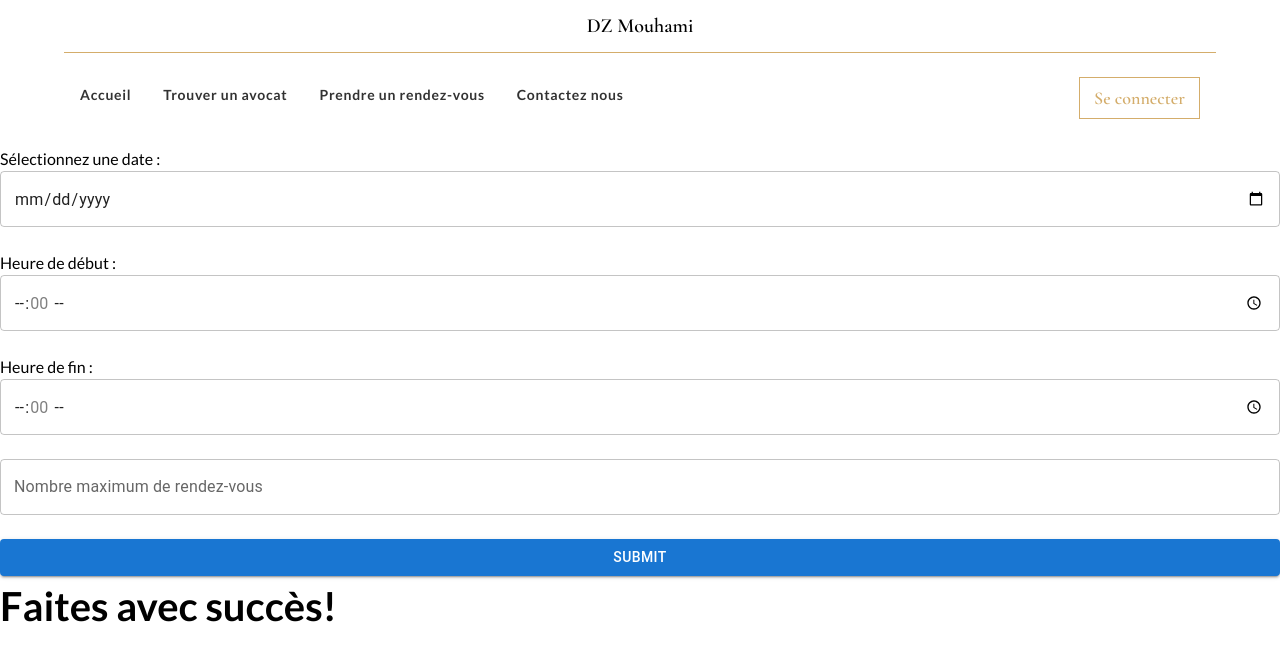
Repository: Chekrouba-Tinhinane/Mohami_dz
Page: /Available (app in client/)
An editor plug-in stored every save of this project. The page is shown before and after the next save, followed by the edit.
The browser window is 1280 px wide. The pictures show the whole page.
The page's requests for data from a server got no answer. The project was rebuilt for these pictures with package versions that can differ from the ones it lists, and the page was loaded fresh each time. No one was signed in, and anything a server would have sent is missing. Also part of the build but not shown: client/vite.config.js, client/src/components/super/Footer.jsx, client/src/LandingPage.jsx, client/src/SignIn.jsx, client/src/components/Selector.jsx, client/src/components/SearchContainer.jsx, client/src/components/LawyerCard.jsx, client/src/components/SearchBar.jsx and 13 more.

Above is the page before, as saved 2024-01-28 13:25:08.

After the next save:
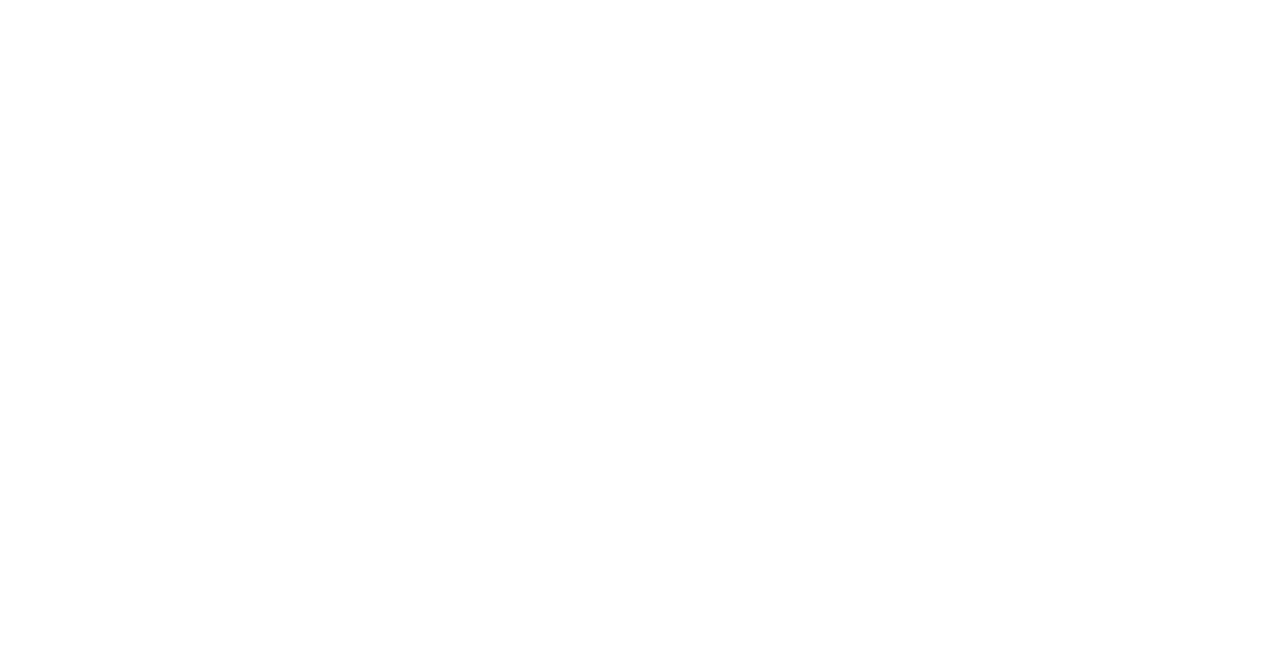
Console error: ReferenceError: Typography is not defined
Saved 4 s later.
--- a/client/src/AvailabilityForm.jsx
+++ b/client/src/AvailabilityForm.jsx
@@ -143,9 +143,9 @@ const AvailabilityForm = () => {
           </Button>
         </form>
         {showSuccessMessage && (
-          <h2 variant="body1" color="success">
+          <Typography variant="body1" color="success">
             Faites avec succès!
-          </h2>
+          </Typography>
         )}
       </Grid>
     </Grid>

After the 2 saves that followed:
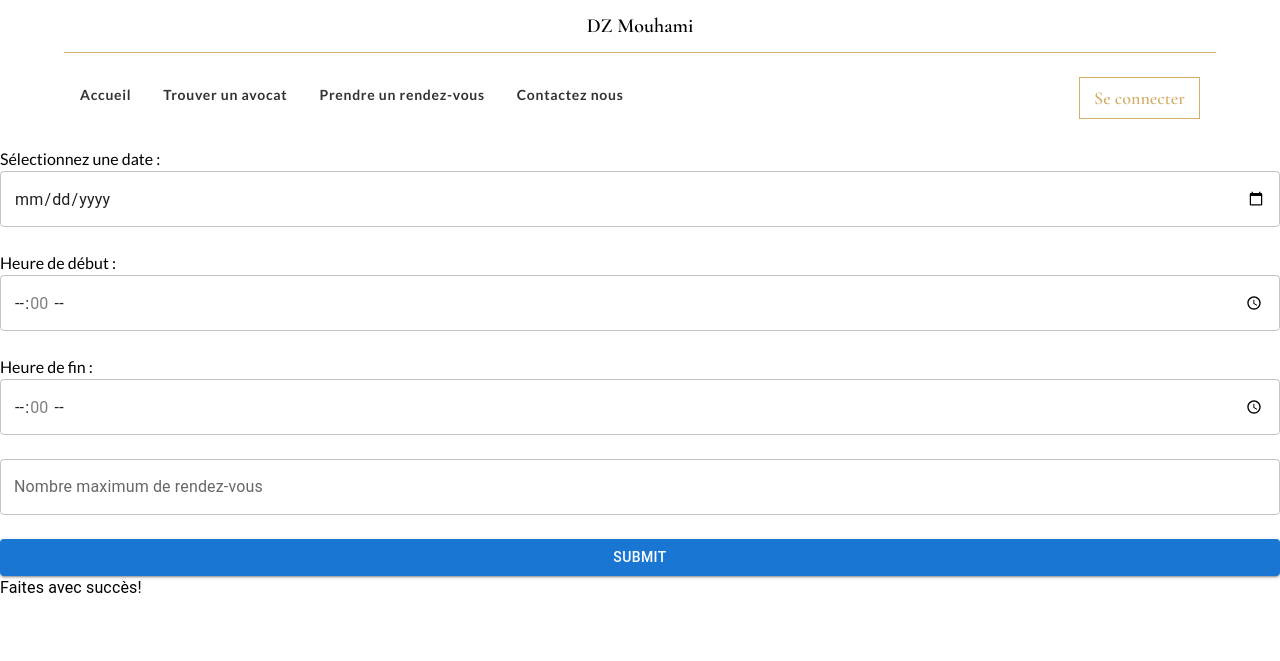
The error is gone.
The 2 saves are shown as one change because they came seconds apart.
The last was saved 14 s later.
--- a/client/src/AvailabilityForm.jsx
+++ b/client/src/AvailabilityForm.jsx
@@ -1,7 +1,7 @@
 import React, { useState } from "react";
 import { useFormik } from "formik";
 import axios from "axios";
-import { TextField, Button, Grid } from "@mui/material";
+import { TextField, Button, Grid,  Typography } from "@mui/material";
 
 const initialValues = {
   DateInterval: "",
